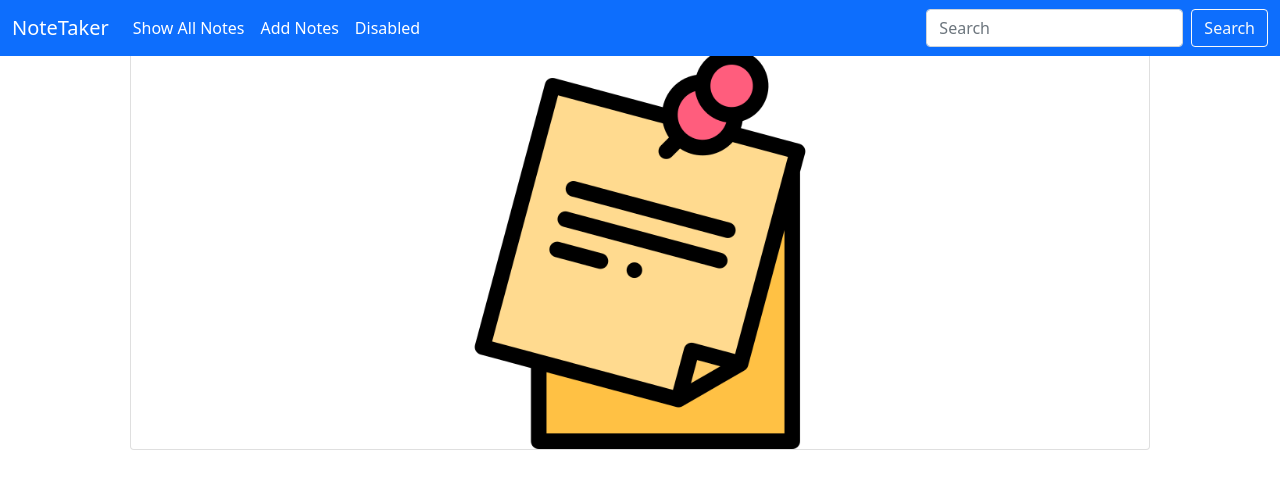
Repository: Shubham-Kumar-cmd/Hibernate
Page: http://localhost/NoteTakerApp/
The author's editor kept a copy of each file at every save. The page is drawn from the files as they stood at one save, then again after the next save.
The browser window is 1280 px wide. The pictures show the whole page.
The page is served by Tomcat 9. Other server files are loaded and not shown.

Above is the page before, as saved 2023-02-08 08:33:38.

### NoteTakerApp/src/main/webapp/index.jsp
<%@ page language="java" contentType="text/html; charset=ISO-8859-1"
	pageEncoding="ISO-8859-1"%>
	<%@include file="header.jsp" %>
<!DOCTYPE html>
<html>
<head>
<meta charset="ISO-8859-1">
<link
	href="https://cdn.jsdelivr.net/npm/bootstrap@5.0.2/dist/css/bootstrap.min.css"
	rel="stylesheet"
	integrity="sha384-EVSTQN3/azprG1Anm3QDgpJLIm9Nao0Yz1ztcQTwFspd3yD65VohhpuuCOmLASjC"
	crossorigin="anonymous">
<title>Header</title>
</head>
<body>

	<div class="container">
		<div class="card m-5">
			<img alt="" src="img/sticky-notes.png" class="img-fluid mx-auto" style="max-width:400px;">
		</div>
	</div>

</body>
</html>

### NoteTakerApp/src/main/webapp/header.jsp
<%@ page language="java" contentType="text/html; charset=ISO-8859-1"
	pageEncoding="ISO-8859-1"%>
<!DOCTYPE html>
<html>
<head>
<meta charset="ISO-8859-1">
<link
	href="https://cdn.jsdelivr.net/npm/bootstrap@5.0.2/dist/css/bootstrap.min.css"
	rel="stylesheet"
	integrity="sha384-EVSTQN3/azprG1Anm3QDgpJLIm9Nao0Yz1ztcQTwFspd3yD65VohhpuuCOmLASjC"
	crossorigin="anonymous">
<title>Header</title>
</head>
<body>
	<nav class="navbar navbar-expand-lg navbar-primary bg-primary fixed-top">
		<div class="container-fluid">
			<a class="navbar-brand text-white" href="addNotes.jsp">NoteTaker</a>

			<div class="collapse navbar-collapse" id="navbarSupportedContent">
				<ul class="navbar-nav me-auto mb-2 mb-lg-0">
					<li class="nav-item"><a class="nav-link active text-white"
						aria-current="page" href="showAllNotes.jsp">Show All Notes</a></li>
					<li class="nav-item"><a class="nav-link text-white" href="addNotes.jsp">Add Notes</a></li>

					<li class="nav-item"><a class="nav-link text-white" href="#"
						tabindex="-1" aria-disabled="false">Disabled</a></li>
				</ul>
				<form class="d-flex">
					<input class="form-control me-2" type="search" placeholder="Search"
						aria-label="Search">
					<button class="btn btn-outline-light" type="submit">Search</button>
				</form>
			</div>
		</div>
	</nav>
</body>
</html>

After the next save:
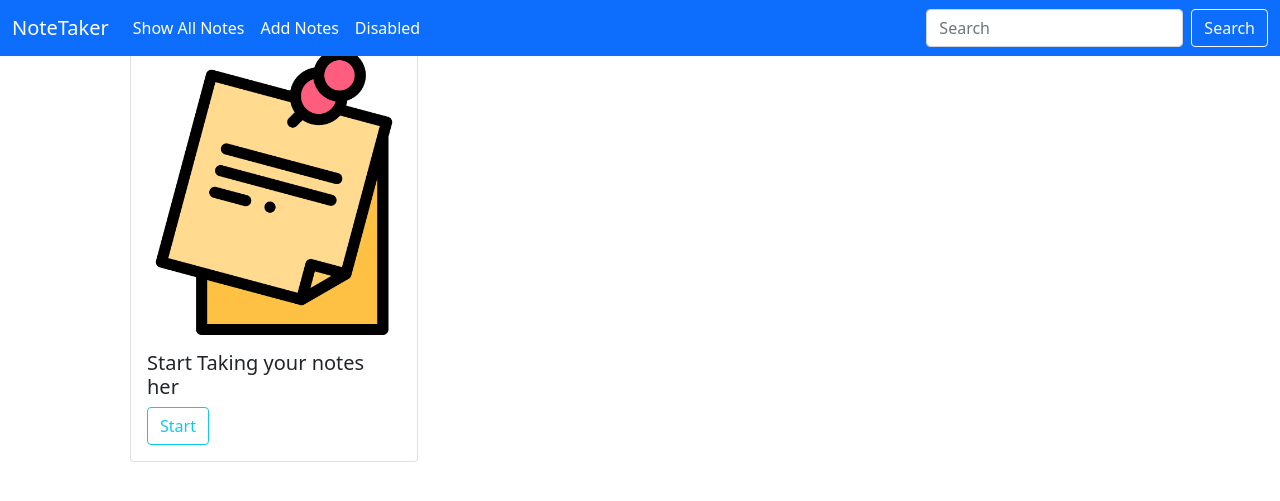
Saved 4 min 6 s later.
--- a/NoteTakerApp/src/main/webapp/index.jsp
+++ b/NoteTakerApp/src/main/webapp/index.jsp
@@ -15,8 +15,12 @@
 <body>
 
 	<div class="container">
-		<div class="card m-5">
-			<img alt="" src="img/sticky-notes.png" class="img-fluid mx-auto" style="max-width:400px;">
+		<div class="card m-5" style="width: 18rem;">
+		  <img src="img/sticky-notes.png" class="card-img-top" alt="...">
+		  <div class="card-body">
+		    <h5 class="card-title">Start Taking your notes her</h5>
+		    <a href="addNotes.jsp" class="btn btn-outline-info">Start</a>
+		  </div>
 		</div>
 	</div>
 
